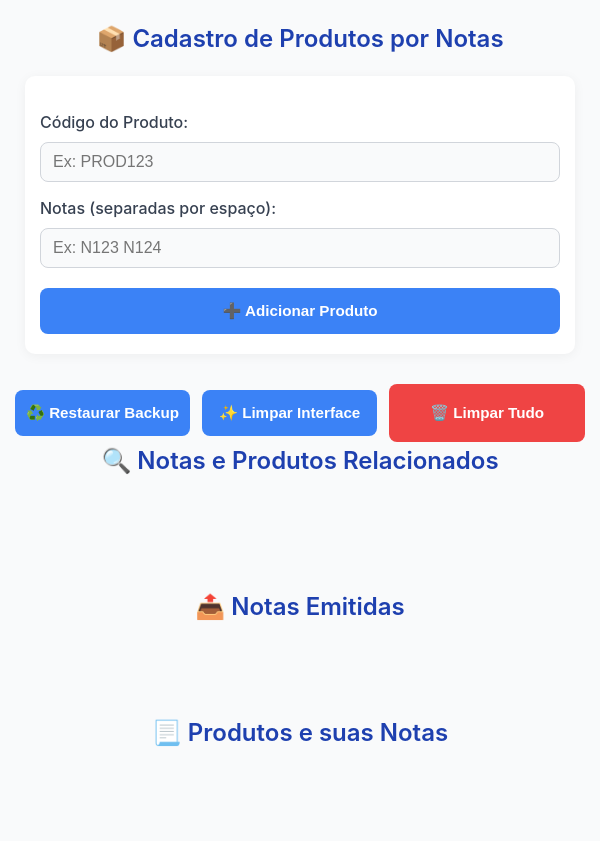
Repository: meiotera/cadastroNotasProdutos
Page: index.html
The author's editor kept a copy of each file at every save. The page is drawn from the files as they stood at one save, then again after the next save.
The browser window is 600 px wide. The pictures show the whole page.

Above is the page before, as saved 2025-06-11 18:01:48.

After the next save:
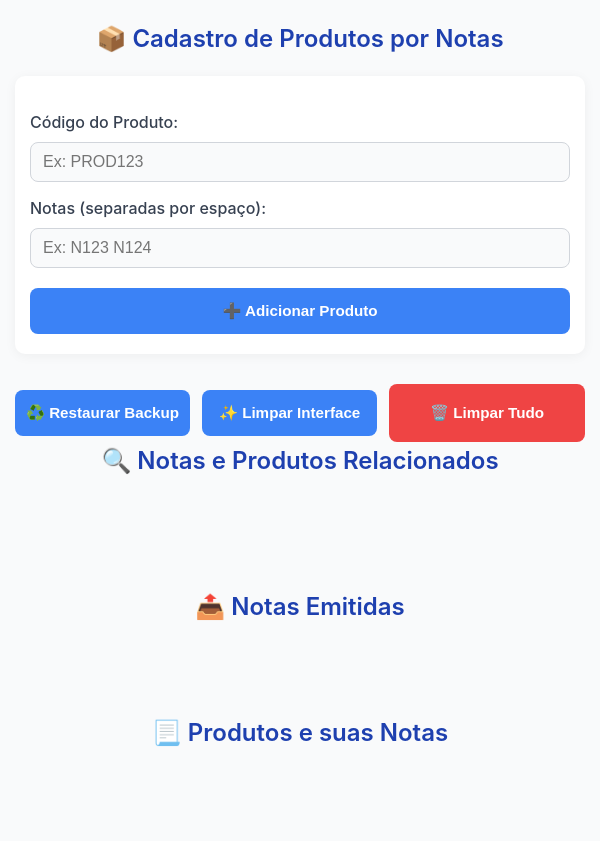
Saved 2 min 15 s later.
--- a/style.css
+++ b/style.css
@@ -102,16 +102,28 @@ button:hover {
 #notasProdutos,
 #notasEmitidas {
   max-width: 800px;
-  margin: 0 auto 30px; /* Reduzido margin-bottom */
+  margin: 0 auto 30px;
+}
+
+/* Aplicar Flexbox aos containers dos cards para layout lado a lado */
+#listaProdutos,
+#notasProdutos,
+#notasEmitidas {
+  display: flex;
+  flex-wrap: wrap; /* Permite que os itens quebrem para a próxima linha */
+  gap: 16px; /* Espaçamento entre os cards */
 }
 
 /* Lista de produtos */
-#listaProdutos > div {
-  background: #ffffff;
-  padding: 16px 20px; /* Reduzido padding */
-  margin-bottom: 12px; /* Reduzido margin-bottom */
-  border-radius: 10px;
-  box-shadow: 0 1px 8px rgba(0, 0, 0, 0.05);
+#listaProdutos > .card-nota {
+  /* Especificidade para os cards dentro de #listaProdutos */
+  /* background: #ffffff; - Removido pois .card-nota já tem */
+  /* padding: 16px 20px; - Removido pois .card-nota já tem */
+  margin-bottom: 0; /* Removido margin-bottom pois o gap do flex container cuidará disso */
+  /* border-radius: 10px; - Removido pois .card-nota já tem */
+  /* box-shadow: 0 1px 8px rgba(0, 0, 0, 0.05); - Removido pois .card-nota já tem */
+  flex: 1 1 300px; /* Permite que o card cresça, não encolha, base de 300px */
+  min-width: 280px; /* Garante uma largura mínima antes de quebrar */
 }
 
 #listaProdutos strong {
@@ -152,10 +164,15 @@ button:hover {
 .card-nota {
   background: #ffffff;
   padding: 18px 22px; /* Reduzido padding */
-  margin-bottom: 18px; /* Reduzido margin-bottom */
+  margin-bottom: 0; /* Removido pois o gap do flex container cuidará disso */
   border-left: 6px solid #3b82f6;
   border-radius: 10px;
   box-shadow: 0 1px 10px rgba(0, 0, 0, 0.05);
+  /* Para layout flex lado a lado */
+  flex: 1 1 300px; /* Permite que o card cresça, não encolha, base de 300px */
+  min-width: 280px; /* Garante uma largura mínima antes de quebrar */
+  display: flex; /* Para alinhar conteúdo interno se necessário */
+  flex-direction: column; /* Para que o conteúdo interno se empilhe verticalmente */
 }
 
 .card-nota strong {
@@ -163,6 +180,11 @@ button:hover {
   margin-bottom: 8px; /* Reduzido margin-bottom */
   font-size: 1rem; /* Levemente reduzido font-size */
   color: #111827;
+}
+
+.card-nota > div:not(:first-child) {
+  /* Para espaçar os elementos filhos dentro do card */
+  margin-top: 8px;
 }
 
 /* Botões de ação */
@@ -223,8 +245,10 @@ button:hover {
   #notasProdutos,
   #notasEmitidas {
     padding: 20px 15px;
-    margin: 0 10px 30px;
+    margin: 0 auto 30px; /* Mantém centralizado mas ajusta para o gap do flex */
     max-width: 100%;
+    flex-direction: column; /* Em telas menores, volta para layout de coluna */
+    gap: 12px;
   }
 
   button {
